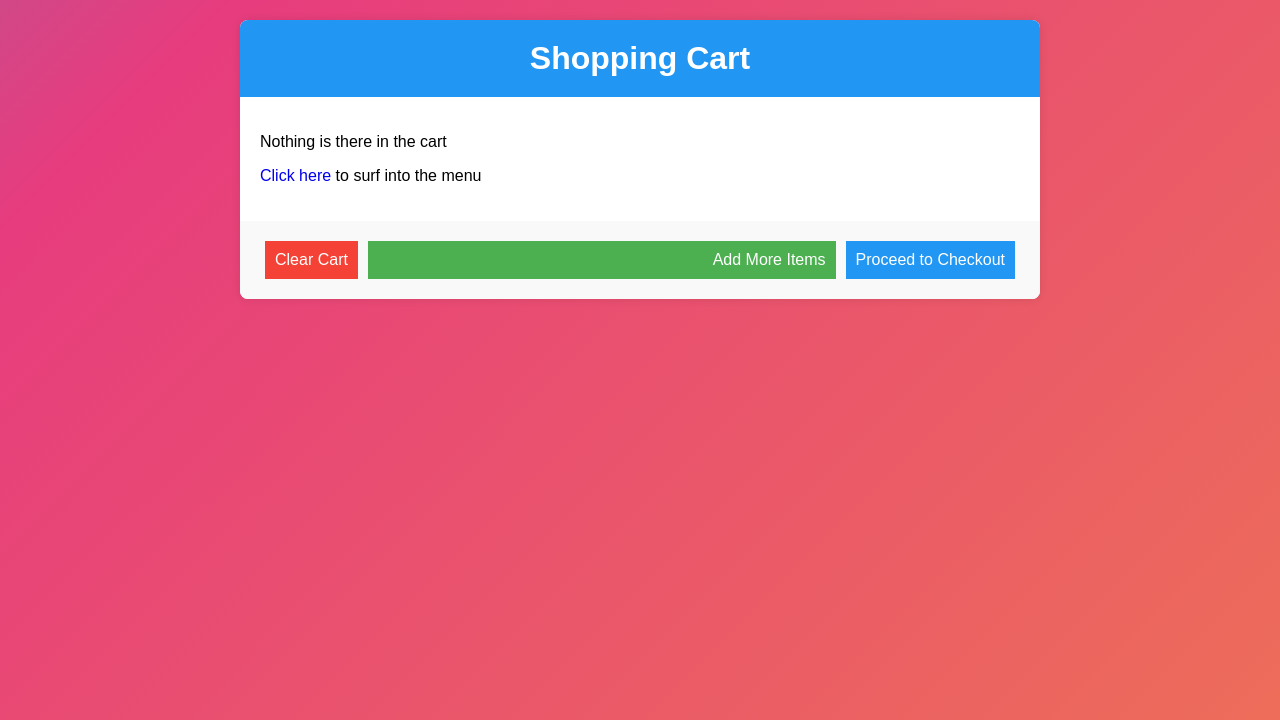
Repository: thotameghana/Food-Delivery
Page: http://localhost/FoodApplication/cart.jsp
An editor plug-in stored every save of this project. The page is shown before and after the next save, followed by the edit.
The browser window is 1280 px wide. The pictures show the whole page.
The page is served by Tomcat 10.

Above is the page before, as saved 2025-01-02 09:48:01.

After the next save:
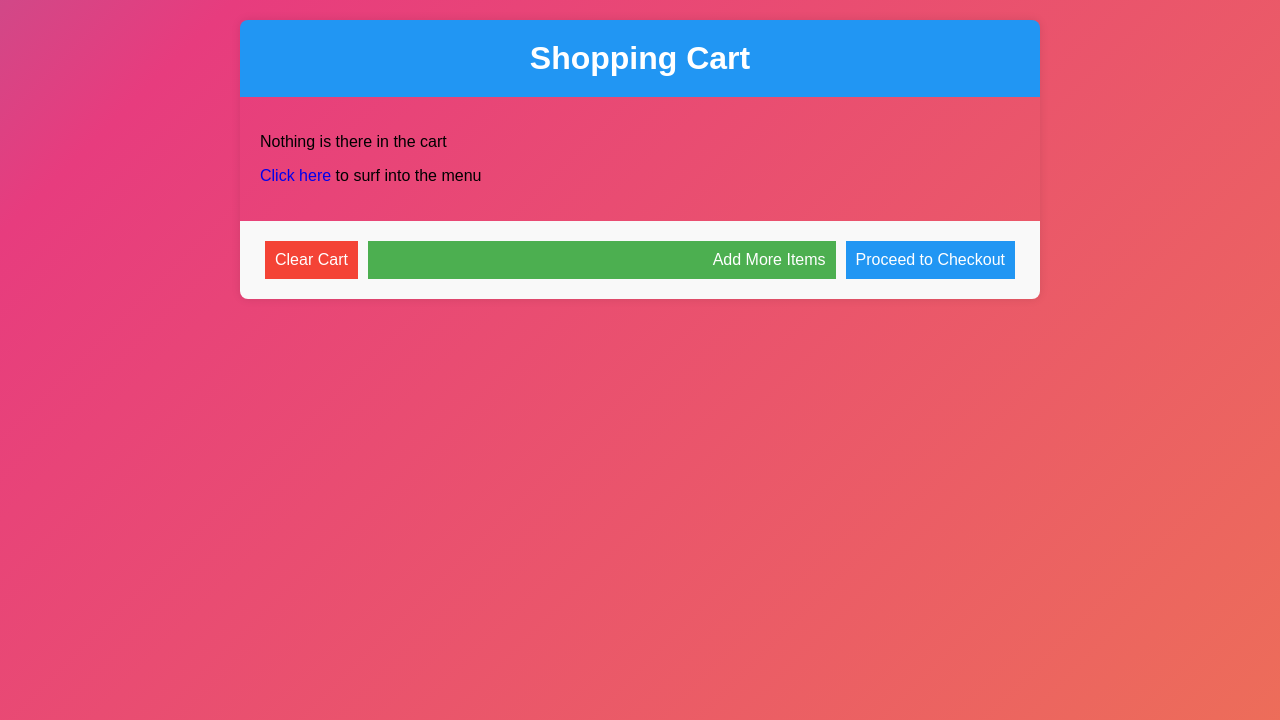
Saved 60 s later.
--- a/FoodApplication/src/main/webapp/styles/cart.css
+++ b/FoodApplication/src/main/webapp/styles/cart.css
@@ -19,7 +19,6 @@
     .container {
         max-width: 800px;
         margin: 20px auto;
-        background-color: #fff;
         border-radius: 8px;
         box-shadow: 0 0 10px rgba(0,0,0,0.1);
         overflow: hidden;
